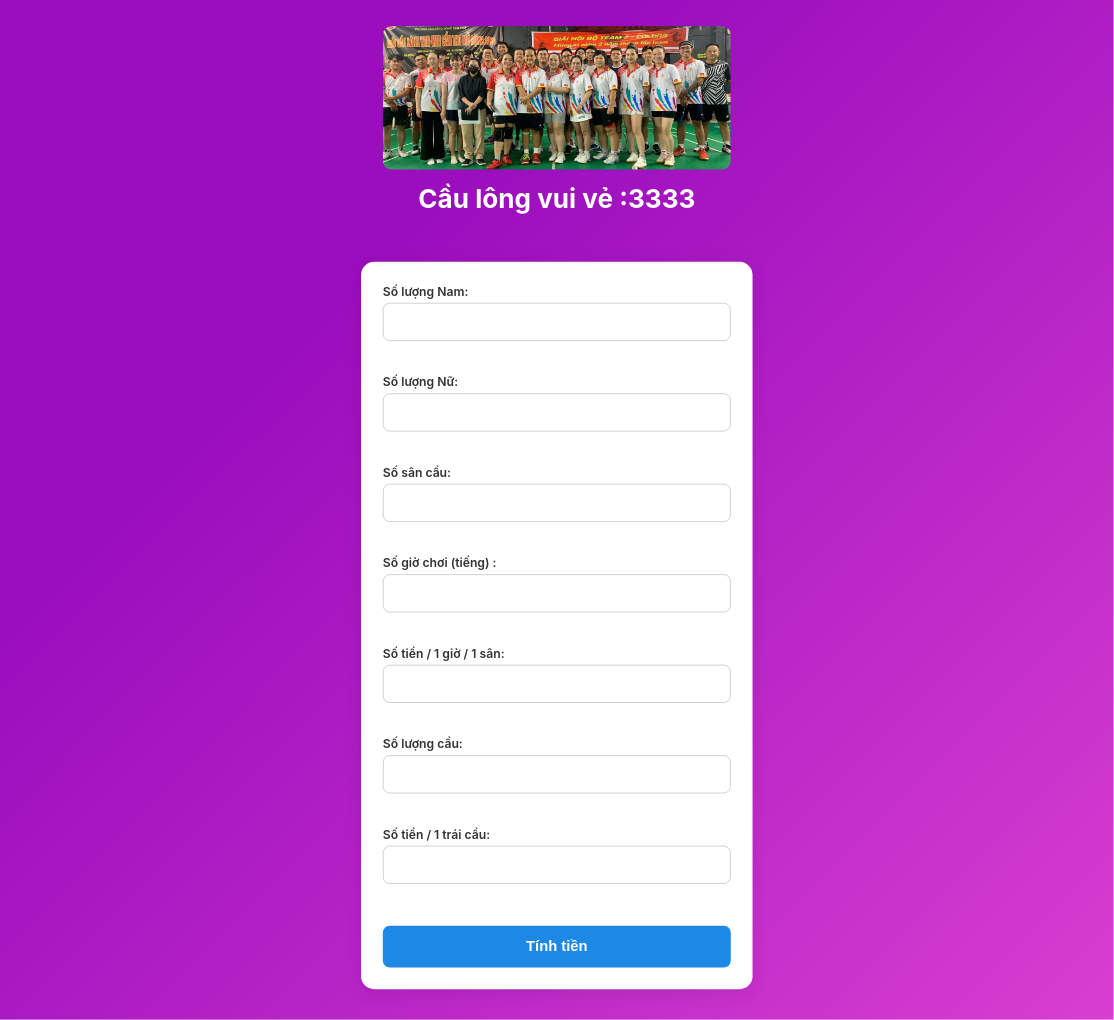
Repository: LuongPTCE181311/Badminton
Page: index.html
The author's editor kept a copy of each file at every save. The page is drawn from the files as they stood at one save, then again after the next save.
The browser window is 1280 px wide. The pictures show the whole page, at 87% of full size.

Above is the page before, as saved 2025-12-07 22:56:18.

### index.html
<!DOCTYPE html>
<html lang="vi">

<head>
    <meta charset="UTF-8" />
    <meta name="viewport" content="width=device-width, initial-scale=1.0" />
    <title>Tính Tiền Sân Cầu Lông</title>
    <link rel="stylesheet" href="assets/css/style.css" />
</head>

<body>


    <div class="hero">
        <img src="assets/images/Caulongvuive.jpg" id="img" class="hero-img" alt="Group" />
        <h1 class="title">Cầu lông vui vẻ :3333</h1>
    </div>


    <div class="container">
        <form id="calcForm">


            <div class="form-group">
                <label>Số lượng Nam:</label>
                <input type="number" id="men" />
                <span class="error" id="men_err"></span>
            </div>


            <div class="form-group">
                <label>Số lượng Nữ:</label>
                <input type="number" id="women" />
                <span class="error" id="women_err"></span>
            </div>


            <div class="form-group">
                <label>Số sân cầu:</label>
                <input type="number" id="courts" />
                <span class="error" id="courts_err"></span>
            </div>


            <div class="form-group">
                <label>Số giờ chơi (tiếng) :</label>
                <input type="number" id="hours" />
                <span class="error" id="hours_err"></span>
            </div>


            <div class="form-group">
                <label>Số tiền / 1 giờ / 1 sân:</label>
                <input type="number" id="pricePerHour" />
                <span class="error" id="pricePerHour_err"></span>
            </div>


            <div class="form-group">
                <label>Số lượng cầu:</label>
                <input type="number" id="shuttleCount" />
                <span class="error" id="shuttleCount_err"></span>
            </div>


            <div class="form-group">
                <label>Số tiền / 1 trái cầu:</label>
                <input type="number" id="pricePerShuttle" />
                <span class="error" id="pricePerShuttle_err"></span>
            </div>


            <button type="button" id="calculateBtn" class="btn">Tính tiền</button>
        </form>
    </div>


    <div id="resultModal" class="modal hidden">
        <div class="modal-content">
            <h2>Kết Quả Tính Tiền</h2>
            <div id="result"></div>
            <button id="closeModal" class="close-btn">Đóng</button>
        </div>
    </div>


    <script src="assets/js/main.js"></script>
</body>

</html>

### assets/css/style.css
* {
  box-sizing: border-box;
}

body {
  margin: 0;
  padding: 10px;
  font-family: -apple-system, BlinkMacSystemFont, "Segoe UI", Roboto,
    "Helvetica Neue", Arial, sans-serif;
  background: linear-gradient(135deg, #9b0ebe 30%, #d83ed0 100%);
  min-height: 100vh;
}

.hero {
  text-align: center;
  padding: 20px 0;
  max-width: 100%;
  overflow: hidden;
}

.hero-img {
  width: 100%;
  max-width: 400px;
  height: auto;
  display: block;
  margin: 0 auto 15px auto;
  border-radius: 10px;
  object-fit: cover;
}

.title {
  font-size: clamp(24px, 5vw, 30px);
  font-weight: bold;
  color: white;
  margin: 10px 0;
  text-shadow: 2px 2px 4px rgba(0, 0, 0, 0 3);
  padding: 0 15px;
}

.container {
  width: calc(100% - 20px);
  max-width: 450px;
  margin: 25px auto;
  background: white;
  padding: 25px;
  border-radius: 15px;
  box-shadow: 0 4px 20px rgba(0, 0, 0, 0.1);
}

.form-group {
  margin-bottom: 15px;
}

label {
  font-weight: 600;
  display: block;
  margin-bottom: 5px;
  font-size: 14px;
  color: #333;
}

input {
  width: 100%;
  padding: 12px;
  border-radius: 8px;
  border: 1px solid #ccc;
  transition: 0.3s;
  font-size: 16px;
  -webkit-appearance: none;
  appearance: none;
}

input:focus {
  outline: none;
  border-color: #1e88e5;
  box-shadow: 0 0 0 3px rgba(30, 136, 229, 0.1);
}

input.error-border {
  border-color: #e53935 !important;
}

.error {
  font-size: 12px;
  color: #e53935;
  display: block;
  margin-top: 5px;
  min-height: 18px;
}

.btn {
  width: 100%;
  padding: 14px;
  background: #1e88e5;
  color: white;
  font-size: 17px;
  font-weight: 600;
  border: none;
  border-radius: 8px;
  cursor: pointer;
  transition: background 0.3s, transform 0.1s;
  margin-top: 10px;
}

.btn:hover {
  background: #1976d2;
}

.btn:active {
  transform: scale(0.98);
}

.modal {
  position: fixed;
  inset: 0;
  background: rgba(0, 0, 0, 0.5);
  display: flex;
  justify-content: center;
  align-items: center;
  z-index: 1000;
  padding: 20px;
}

.hidden {
  display: none !important;
}

.modal-content {
  background: white;
  padding: 25px;
  width: calc(100% - 40px);
  max-width: 400px;
  border-radius: 15px;
  text-align: left;
  box-shadow: 0 4px 15px rgba(0, 0, 0, 0.2);
  max-height: 90vh;
  overflow-y: auto;
}

.modal-content h2 {
  margin-top: 0;
  margin-bottom: 20px;
  text-align: center;
  color: #333;
  font-size: clamp(20px, 4vw, 24px);
}

#result {
  line-height: 1.8;
  font-size: 14px;
  color: #555;
}

#result b {
  color: #333;
}

. close-btn {
  margin-top: 20px;
  background: #e53935;
  color: white;
  padding: 12px;
  width: 100%;
  border: none;
  border-radius: 8px;
  cursor: pointer;
  font-size: 16px;
  font-weight: 600;
  transition: background 0.3s, transform 0.1s;
}

.close-btn:hover {
  background: #d32f2f;
}

. close-btn:active {
  transform: scale(0.98);
}

/* Tablet devices */
@media screen and (max-width: 768px) {
  body {
    padding: 10px;
  }

  . container {
    width: calc(100% - 20px);
    margin: 20px auto;
    padding: 20px;
  }

  . hero {
    padding: 15px 0;
  }

  .hero-img {
    max-width: 350px;
  }
}

/* Mobile devices */
@media screen and (max-width: 480px) {
  body {
    padding: 10px;
  }

  .container {
    width: calc(100% - 20px);
    margin: 15px auto;
    padding: 20px 15px;
    border-radius: 12px;
  }

  .hero {
    padding: 10px 0;
  }

  . hero-img {
    max-width: 100%;
    width: calc(100% - 20px);
    margin: 0 auto 10px auto;
  }

  .title {
    font-size: 22px;
    padding: 0 10px;
  }

  . form-group {
    margin-bottom: 12px;
  }

  label {
    font-size: 14px;
  }

  input {
    padding: 12px;
    font-size: 16px;
  }

  .btn {
    padding: 14px;
    font-size: 16px;
  }

  . modal {
    padding: 15px;
  }

  .modal-content {
    width: calc(100% - 30px);
    padding: 20px;
    border-radius: 12px;
  }

  .modal-content h2 {
    font-size: 20px;
    margin-bottom: 15px;
  }

  #result {
    font-size: 13px;
    line-height: 1.7;
  }

  .close-btn {
    padding: 12px;
    font-size: 15px;
  }
}

/* Very small mobile devices */
@media screen and (max-width: 360px) {
  body {
    padding: 8px;
  }

  . container {
    width: calc(100% - 16px);
    padding: 15px 12px;
  }

  . title {
    font-size: 20px;
  }

  . hero-img {
    width: calc(100% - 16px);
  }

  input {
    padding: 10px;
  }

  .btn {
    padding: 12px;
    font-size: 15px;
  }

  .modal-content {
    width: calc(100% - 24px);
    padding: 15px;
  }

  #result {
    font-size: 12px;
  }
}

/* Landscape orientation on mobile */
@media screen and (max-height: 600px) and (orientation: landscape) {
  body {
    padding: 5px;
  }

  . hero {
    padding: 5px 0;
  }

  .hero-img {
    max-width: 200px;
    max-height: 120px;
    margin-bottom: 5px;
  }

  .title {
    font-size: 18px;
    margin: 5px 0;
  }

  .container {
    margin: 10px auto;
    width: calc(100% - 10px);
    max-width: 600px;
  }

  . modal-content {
    max-height: 85vh;
  }
}

### assets/js/main.js
// ===================== VALIDATION =========================

function setError(id, message) {
  const input = document.getElementById(id);
  const err = document.getElementById(id + "_err");
  err.textContent = message;
  input.classList.add("error-border");
}

function clearError(id) {
  const input = document.getElementById(id);
  const err = document.getElementById(id + "_err");
  err.textContent = "";
  input.classList.remove("error-border");
}

function validateField(id) {
  const value = document.getElementById(id).value.trim();

  switch (id) {
    case "men":
    case "women":
      if (value === "" || isNaN(value) || parseInt(value) < 0) {
        setError(id, "Giá trị phải ≥ 0");
        return false;
      }
      // Kiểm tra cả nam và nữ đều là 0
      const men = parseInt(document.getElementById("men").value) || 0;
      const women = parseInt(document.getElementById("women").value) || 0;
      if (men === 0 && women === 0) {
        setError(id, "Nam + Nữ phải ≥ 1");
        return false;
      }
      break;

    case "courts":
      if (value === "" || isNaN(value) || parseInt(value) <= 0) {
        setError(id, "Số sân phải > 0");
        return false;
      }
      break;

    case "hours":
      if (value === "" || isNaN(value) || parseFloat(value) <= 0) {
        setError(id, "Số giờ phải > 0 (cho phép thập phân)");
        return false;
      }
      break;

    case "pricePerHour":
      if (value === "" || isNaN(value) || parseInt(value) < 1000) {
        setError(id, "Tiền / giờ phải ≥ 1000đ");
        return false;
      }
      break;

    case "shuttleCount":
      if (value === "" || isNaN(value) || parseInt(value) <= 0) {
        setError(id, "Số lượng cầu phải > 0");
        return false;
      }
      break;

    case "pricePerShuttle":
      if (value === "" || isNaN(value) || parseInt(value) < 1000) {
        setError(id, "Tiền 1 trái cầu phải ≥ 1000đ");
        return false;
      }
      break;
  }

  clearError(id);
  return true;
}

// Gắn validate realtime
[
  "men",
  "women",
  "courts",
  "hours",
  "pricePerHour",
  "shuttleCount",
  "pricePerShuttle",
].forEach((id) => {
  document.getElementById(id).addEventListener("input", () => {
    validateField(id);
    // Khi thay đổi nam hoặc nữ, validate cả 2 trường
    if (id === "men" || id === "women") {
      const otherId = id === "men" ? "women" : "men";
      validateField(otherId);
    }
  });
});

// ===================== MODAL =========================

function closeModal() {
  document.getElementById("resultModal").classList.add("hidden");
}

function openModal() {
  document.getElementById("resultModal").classList.remove("hidden");
}

document.getElementById("closeModal").addEventListener("click", closeModal);

function roundUpToThousand(num) {
  return Math.ceil(num / 1000) * 1000;
}

// ===================== THUẬT TOÁN TỐI ƯU =========================

function findOptimalSplit(total, men, women) {
  let bestSolution = null;
  let minDifference = Infinity; // Chênh lệch giữa tổng thực tế và tổng dự kiến

  // Thử các chênh lệch từ 3000đ đến 5000đ
  for (let targetDiff = 3000; targetDiff <= 5000; targetDiff += 1000) {
    // Giải hệ phương trình để tìm perMan và perWoman ban đầu
    // perMan * men + perWoman * women = total
    // perMan - perWoman = targetDiff

    let perWoman = (total - targetDiff * men) / (men + women);
    let perMan = perWoman + targetDiff;

    // Làm tròn lên 1000đ
    perWoman = roundUpToThousand(perWoman);
    perMan = roundUpToThousand(perMan);

    // Điều chỉnh để đảm bảo chênh lệch trong khoảng 3000-5000
    while (perMan - perWoman < 3000) {
      perMan += 1000;
    }
    while (perMan - perWoman > 5000) {
      perWoman += 1000;
    }

    // Tính tổng thực tế
    let actualTotal = perMan * men + perWoman * women;

    // Nếu tổng thực tế < tổng dự kiến, tăng dần
    while (actualTotal < total) {
      // Thử tăng perWoman trước (ít ảnh hưởng hơn nếu số nữ ít)
      const option1Woman = perWoman + 1000;
      const option1Total = perMan * men + option1Woman * women;

      // Kiểm tra xem có cần tăng perMan để giữ chênh lệch không
      if (perMan - option1Woman < 3000) {
        perMan += 1000;
      }
      perWoman = option1Woman;
      actualTotal = perMan * men + perWoman * women;
    }

    // Kiểm tra chênh lệch nam/nữ vẫn trong khoảng hợp lệ
    const genderDiff = perMan - perWoman;
    if (genderDiff < 3000 || genderDiff > 5000) {
      continue; // Bỏ qua phương án này
    }

    // So sánh với phương án tốt nhất
    const difference = actualTotal - total;
    if (difference < minDifference) {
      minDifference = difference;
      bestSolution = {
        perMan: perMan,
        perWoman: perWoman,
        actualTotal: actualTotal,
        genderDiff: genderDiff,
      };
    }
  }

  return bestSolution;
}

// ===================== CALCULATE =========================

document.getElementById("calculateBtn").addEventListener("click", function () {
  let ok = true;
  const ids = [
    "men",
    "women",
    "courts",
    "hours",
    "pricePerHour",
    "shuttleCount",
    "pricePerShuttle",
  ];

  ids.forEach((id) => {
    if (!validateField(id)) ok = false;
  });

  if (!ok) return;

  const men = parseInt(document.getElementById("men").value) || 0;
  const women = parseInt(document.getElementById("women").value) || 0;
  const courts = parseInt(document.getElementById("courts").value);
  const hours = parseFloat(document.getElementById("hours").value);
  const pHour = parseInt(document.getElementById("pricePerHour").value);
  const scount = parseInt(document.getElementById("shuttleCount").value);
  const pShut = parseInt(document.getElementById("pricePerShuttle").value);

  // Tính tổng: (số sân × số giờ × giá/giờ) + (số cầu × giá cầu)
  const courtCost = courts * hours * pHour;
  const shuttleCost = scount * pShut;
  const total = courtCost + shuttleCost;

  let perMan = 0,
    perWoman = 0,
    actualTotal = 0;

  if (men > 0 && women > 0) {
    // Sử dụng thuật toán tối ưu
    const solution = findOptimalSplit(total, men, women);
    perMan = solution.perMan;
    perWoman = solution.perWoman;
    actualTotal = solution.actualTotal;

    document.getElementById("result").innerHTML = `
        <b>Chi tiết chi phí:</b><br>
        • Tiền sân: ${courts} sân × ${hours}h × ${pHour.toLocaleString(
      "vi-VN"
    )}đ = ${courtCost.toLocaleString("vi-VN")} VND<br>
        • Tiền cầu: ${scount} cầu × ${pShut.toLocaleString(
      "vi-VN"
    )}đ = ${shuttleCost.toLocaleString("vi-VN")} VND<br><br>

        <b>Tổng dự kiến:</b> ${total.toLocaleString("vi-VN")} VND<br>
        <b>Tổng thực tế:</b> ${actualTotal.toLocaleString("vi-VN")} VND<br>
        <b>Chênh lệch tổng:</b> +${(actualTotal - total).toLocaleString(
          "vi-VN"
        )} VND<br><br>

        <b>Tiền mỗi nam:</b> ${perMan.toLocaleString("vi-VN")} đ (x${men})<br>
        <b>Tiền mỗi nữ:</b> ${perWoman.toLocaleString(
          "vi-VN"
        )} đ (x${women})<br><br>

        <b>Chênh lệch Nam/Nữ:</b> ${(perMan - perWoman).toLocaleString(
          "vi-VN"
        )} đ
    `;
  } else if (men > 0) {
    perMan = roundUpToThousand(total / men);
    actualTotal = perMan * men;

    document.getElementById("result").innerHTML = `
        <b>Chi tiết chi phí:</b><br>
        • Tiền sân: ${courts} sân × ${hours}h × ${pHour.toLocaleString(
      "vi-VN"
    )}đ = ${courtCost.toLocaleString("vi-VN")} VND<br>
        • Tiền cầu: ${scount} cầu × ${pShut.toLocaleString(
      "vi-VN"
    )}đ = ${shuttleCost.toLocaleString("vi-VN")} VND<br><br>

        <b>Tổng dự kiến:</b> ${total.toLocaleString("vi-VN")} VND<br>
        <b>Tổng thực tế:</b> ${actualTotal.toLocaleString("vi-VN")} VND<br>
        <b>Chênh lệch:</b> +${(actualTotal - total).toLocaleString(
          "vi-VN"
        )} VND<br><br>

        <b>Tiền mỗi nam:</b> ${perMan.toLocaleString("vi-VN")} đ (x${men})
    `;
  } else {
    perWoman = roundUpToThousand(total / women);
    actualTotal = perWoman * women;

    document.getElementById("result").innerHTML = `
        <b>Chi tiết chi phí:</b><br>
        • Tiền sân: ${courts} sân × ${hours}h × ${pHour.toLocaleString(
      "vi-VN"
    )}đ = ${courtCost.toLocaleString("vi-VN")} VND<br>
        • Tiền cầu: ${scount} cầu × ${pShut.toLocaleString(
      "vi-VN"
    )}đ = ${shuttleCost.toLocaleString("vi-VN")} VND<br><br>

        <b>Tổng dự kiến:</b> ${total.toLocaleString("vi-VN")} VND<br>
        <b>Tổng thực tế:</b> ${actualTotal.toLocaleString("vi-VN")} VND<br>
        <b>Chênh lệch:</b> +${(actualTotal - total).toLocaleString(
          "vi-VN"
        )} VND<br><br>

        <b>Tiền mỗi nữ:</b> ${perWoman.toLocaleString("vi-VN")} đ (x${women})
    `;
  }

  openModal();
});

After the next save:
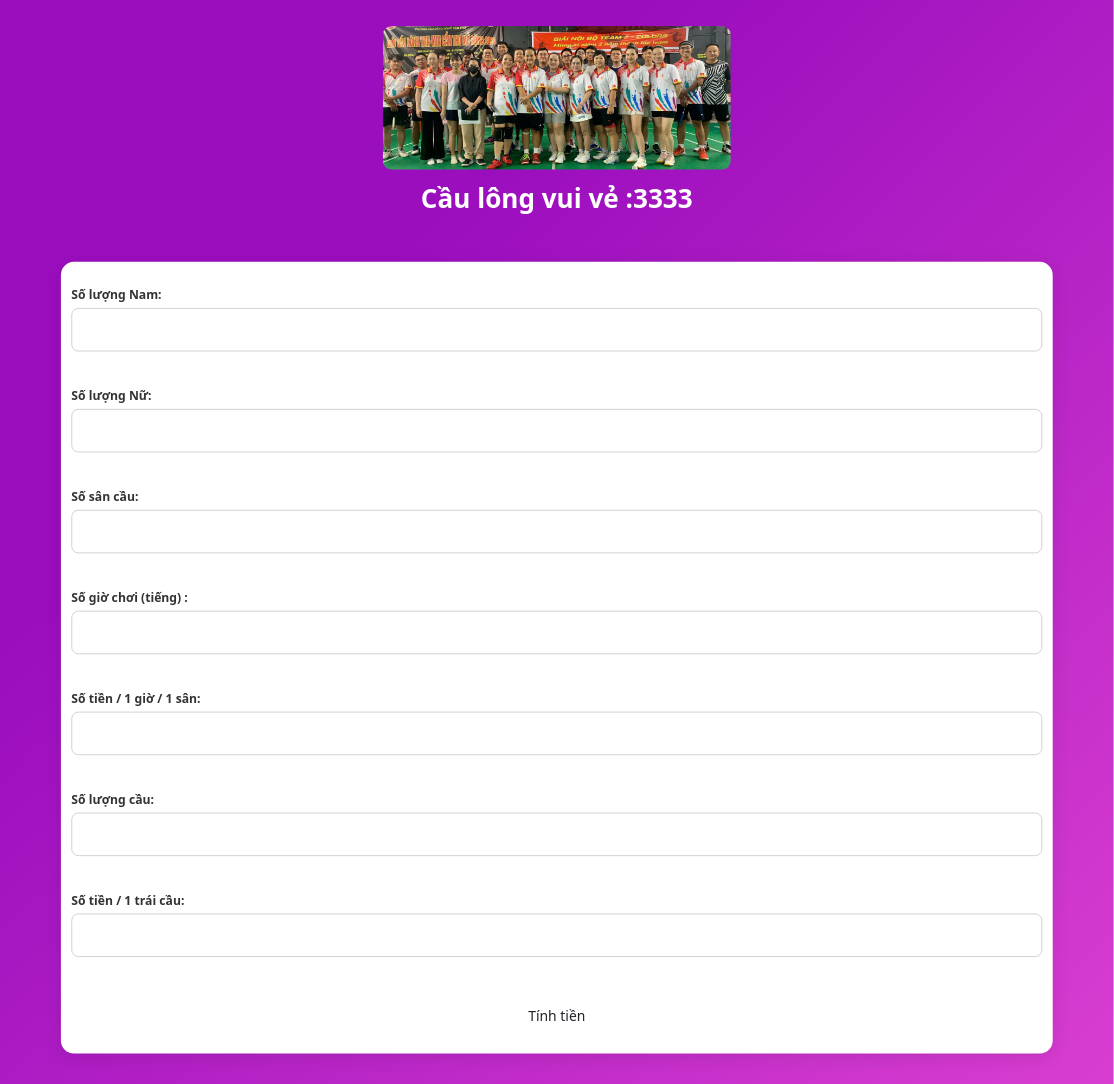
Saved 23 s later.
--- a/index.html
+++ b/index.html
@@ -6,6 +6,8 @@
     <meta name="viewport" content="width=device-width, initial-scale=1.0" />
     <title>Tính Tiền Sân Cầu Lông</title>
     <link rel="stylesheet" href="assets/css/style.css" />
+    <link href="https://cdn.jsdelivr.net/npm/bootstrap@5.0.2/dist/css/bootstrap.min.css" rel="stylesheet"
+        integrity="sha384-EVSTQN3/azprG1Anm3QDgpJLIm9Nao0Yz1ztcQTwFspd3yD65VohhpuuCOmLASjC" crossorigin="anonymous">
 </head>
 
 <body>

After the 6 saves that followed:
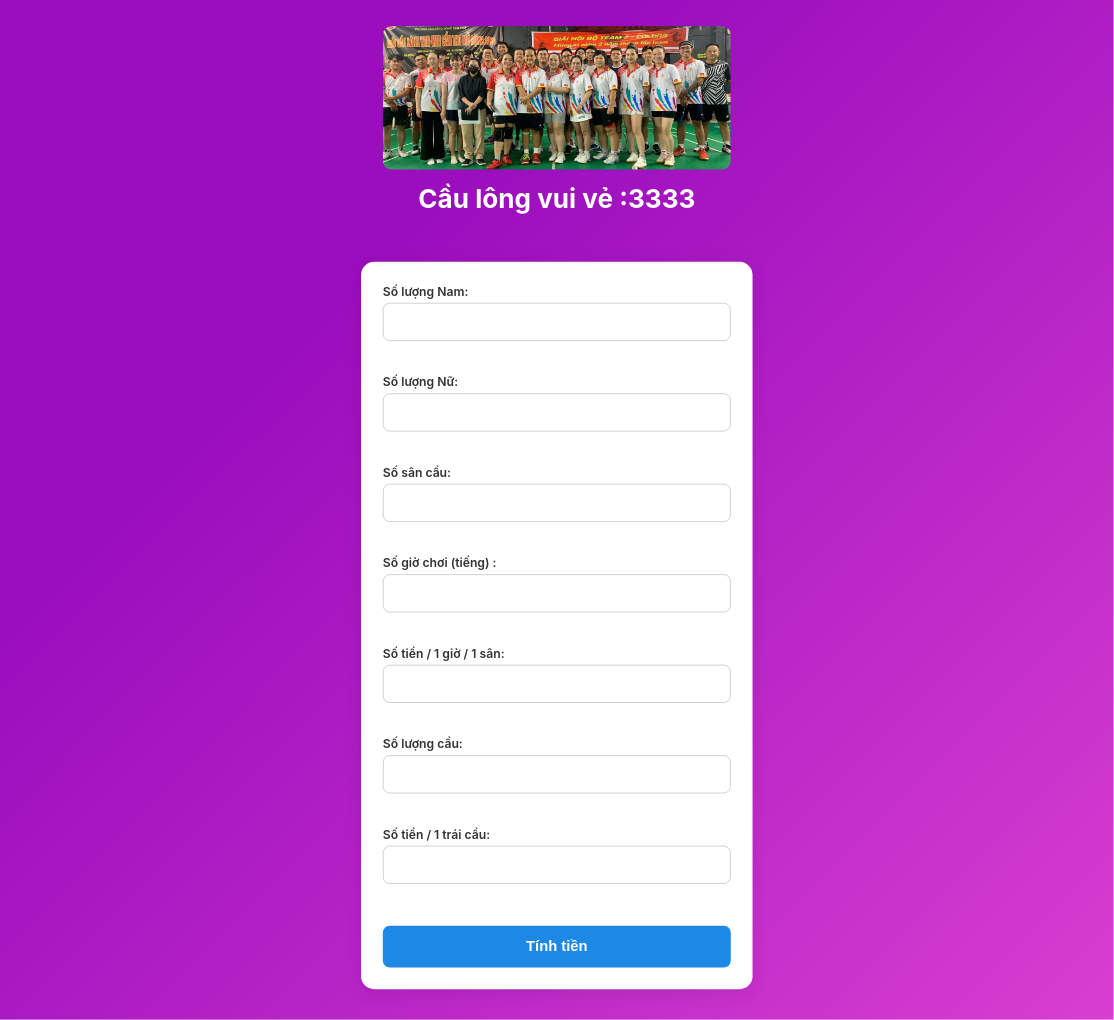
The 6 saves are shown as one change because 3 left the picture as it was and some came seconds apart.
The last was saved 75 s later.
--- a/index.html
+++ b/index.html
@@ -6,8 +6,7 @@
     <meta name="viewport" content="width=device-width, initial-scale=1.0" />
     <title>Tính Tiền Sân Cầu Lông</title>
     <link rel="stylesheet" href="assets/css/style.css" />
-    <link href="https://cdn.jsdelivr.net/npm/bootstrap@5.0.2/dist/css/bootstrap.min.css" rel="stylesheet"
-        integrity="sha384-EVSTQN3/azprG1Anm3QDgpJLIm9Nao0Yz1ztcQTwFspd3yD65VohhpuuCOmLASjC" crossorigin="anonymous">
+
 </head>
 
 <body>
